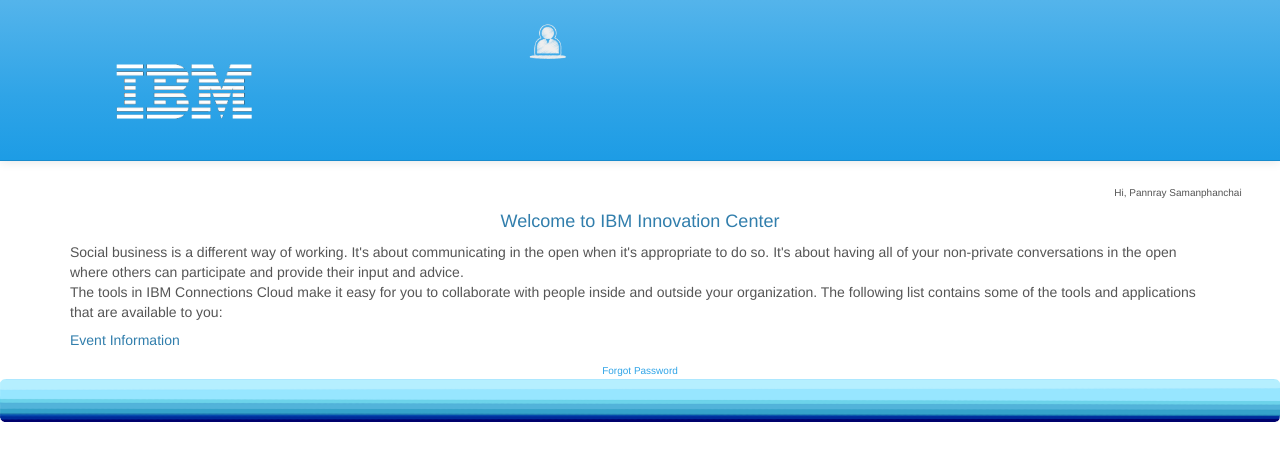
Repository: InnovationCenterOrg/InnovationCustomer
Page: http://localhost/InnovationCustomer/view/test.jsp
These files come from the project's save history. The page is drawn as it stood at one moment and after the next save; the edit follows.
The browser window is 1280 px wide. The pictures show the whole page.
Some web libraries are served in a nearby version. The page is served by Tomcat 9. Other server files are loaded and not shown.

Above is the page before, as saved 2016-03-03 04:29:30.

### InnovationCustomer/WebContent/view/test.jsp
<!DOCTYPE HTML>
<%@page language="java"
	contentType="text/html; charset=UTF-8" pageEncoding="UTF-8"%>
<html>
<head>
<meta name="viewport" content="width=device-width, initial-scale=1">
<%@page import="java.text.SimpleDateFormat"%>
<%@page import="com.ibm.innovationcustomer.model.EventModel"%>
<%@page import="com.ibm.innovationcustomer.model.RegisterEventModel"%>
<!-- Bootstrap -->
<link href="${pageContext.request.contextPath}/css/default.css" rel="stylesheet">
<link href="${pageContext.request.contextPath}/css/bootstrap.css" rel="stylesheet">
<link href="${pageContext.request.contextPath}/css/bootstrap.min.css" rel="stylesheet">

<title>IBM Innovation Center</title>
</head>

<body>
	<div class="navbar navbar-static-top">
   		<div class="container">
   			<div>
   			<a href="ViewProfileInitAction">
				<img style="margin-top: 2%;" align="left" class="img-responsive" src="logo-ibm-white.png" width="20%" height="20%"/>
			</a>
			</div>
			<div>
			  	<a class="btn dropdown-toggle" data-toggle="dropdown" href="#">
			    	<img style="margin-top: 5%" align="right" class="img-responsive" src="profile_icon_3.ico" width="15%" height="15%"/>
			 	 </a>
			  	<ul class="dropdown-menu  pull-right" role="menu">
			    	<li style="background-color: #75c3f0"><a tabindex="-1" href="ViewProfileInitAction">Profile Setting</a></li>
			    	<li style="background-color: #75c3f0"><a tabindex="-1" href="ChangePasswordInitAction">Change Password</a></li>
				  	<li style="background-color: #75c3f0"><a tabindex="-1" href="LogoutAction">Logout</a></li>
			  	</ul>
			</div>
		</div>
	</div>


				<!--
				<a class="dropdown" href="#"><img align="right" class="img-responsive" src="images/profile_icon_3.ico" width="8%" height="8%"/></a>
				<ul class="dropdown-menu">
				<li>TEST1</li>
				<li>TEST2</li>
				</ul>
				 -->
				<!--
				<ul class="nav navbar-nav">
				<li class="dropdown">
					<a href="#" class="dropdown-toggle" data-toggle="dropdown" role="button" aria-expanded="true">Report
					<span class="caret"></span>
					</a>
						<ul class="dropdown-menu" role="menu">
							<li><a href="./DashboardMainAction">Dashboard</a></li>
							<li><a href="./ReportMainAction">Report</a></li>
					</ul></li></ul> -->
	<div align="right" style="padding-right: 3%;">
		<font style="font-size: x-small;">Hi, Pannray Samanphanchai</font>
	</div>
	<div class="container">
	<h4 align="center">Welcome to IBM Innovation Center</h4>
	Social business is a different way of working. It's about communicating in the open when it's appropriate to do so. It's about having all of your non-private conversations in the open where others can participate and provide their input and advice.
	<br>
	The tools in IBM Connections Cloud make it easy for you to collaborate with people inside and outside your organization. The following list contains some of the tools and applications that are available to you:
	<h5>Event Information</h5>
	<div align="center">
		<font style="font-size: x-small;">

			<a class="test" data-placement="bottom" href="#" data-toggle="tooltip" title="Hooray!" >Forgot Password</a><br>

		</font>
	</div>

	<span class="tooltip" onmouseover="tooltip.pop(this, 'Lorem ipsum dolor...mauris')">
	    Basic
	</span>
		<!-- jQuery (necessary for Bootstrap's JavaScript plugins) -->
		<script	src="https://ajax.googleapis.com/ajax/libs/jquery/1.11.2/jquery.min.js"></script>
		<!-- Include all compiled plugins (below), or include individual files as needed -->
		<script src="${pageContext.request.contextPath}/js/bootstrap.min.js"></script>
		<script>
		$(document).ready(function(){
		    $('[data-toggle="tooltip"]').tooltip();
		});
		</script>
	</div>

	<img class="img-responsive" src="images/footer.png" width="100%">
</body>
</html>


</html>

### InnovationCustomer/WebContent/css/default.css
.btn-ibsd{
	background-color: #ffe166;
}

Loaded but not shown: InnovationCustomer/WebContent/css/bootstrap.css (library); InnovationCustomer/WebContent/css/bootstrap.min.css (library); InnovationCustomer/WebContent/js/bootstrap.min.js (library)

After the next save:
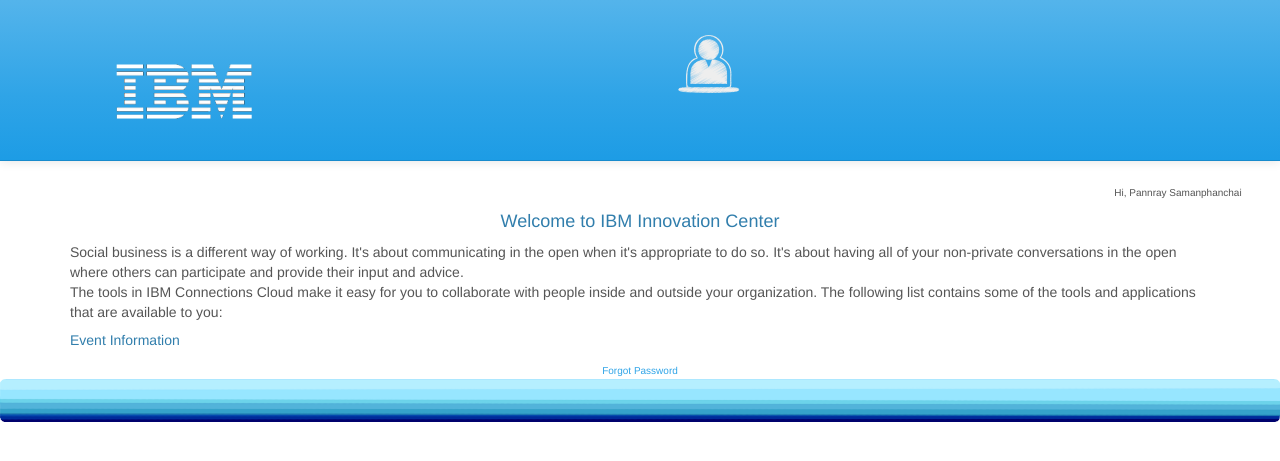
Saved 48 s later.
--- a/InnovationCustomer/WebContent/view/test.jsp
+++ b/InnovationCustomer/WebContent/view/test.jsp
@@ -24,7 +24,7 @@
 			</a>
 			</div>
 			<div>
-			  	<a class="btn dropdown-toggle" data-toggle="dropdown" href="#">
+			  	<a class="btn dropdown-toggle" data-toggle="dropdown" href="#" style="width: 40%">
 			    	<img style="margin-top: 5%" align="right" class="img-responsive" src="profile_icon_3.ico" width="15%" height="15%"/>
 			 	 </a>
 			  	<ul class="dropdown-menu  pull-right" role="menu">
